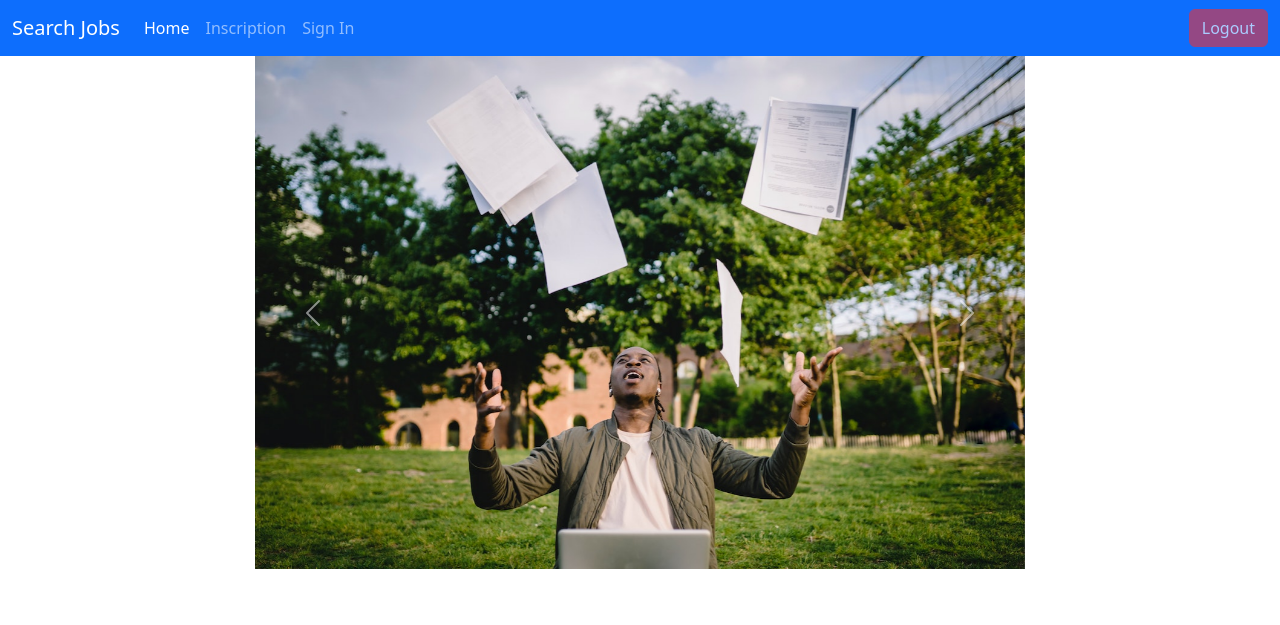
Repository: moAllElite/Examen-EJB-WEB-EAR
Page: http://localhost/SearchJobsWeb/
The author's editor kept a copy of each file at every save. The page is drawn from the files as they stood at one save, then again after the next save.
The browser window is 1280 px wide. The pictures show the whole page.
The page is served by Tomcat 9. Nobody is signed in. The application's start-up code is not run.

Above is the page before, as saved 2023-03-21 20:49:31.

After the next save:
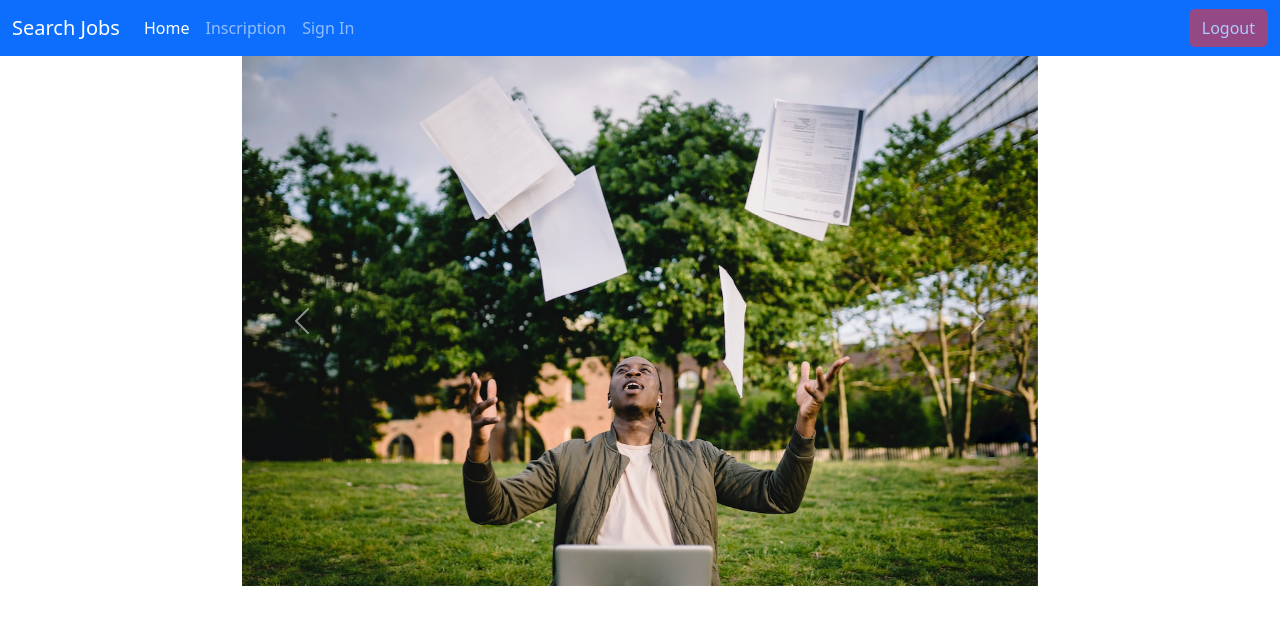
Saved 4 s later.
--- a/SearchJobsWeb/src/main/webapp/index.jsp
+++ b/SearchJobsWeb/src/main/webapp/index.jsp
@@ -31,7 +31,7 @@
 				    </div>
 				  </div>
 			</nav>
-			<div class="container-sm" style="width: 62%;">
+			<div class="container-sm" style="width: 64%;">
 				<div id="carouselExampleInterval" class="carousel slide" data-bs-ride="carousel">
 				  <div class="carousel-inner">
 				    <div class="carousel-item active" data-bs-interval="10000">
